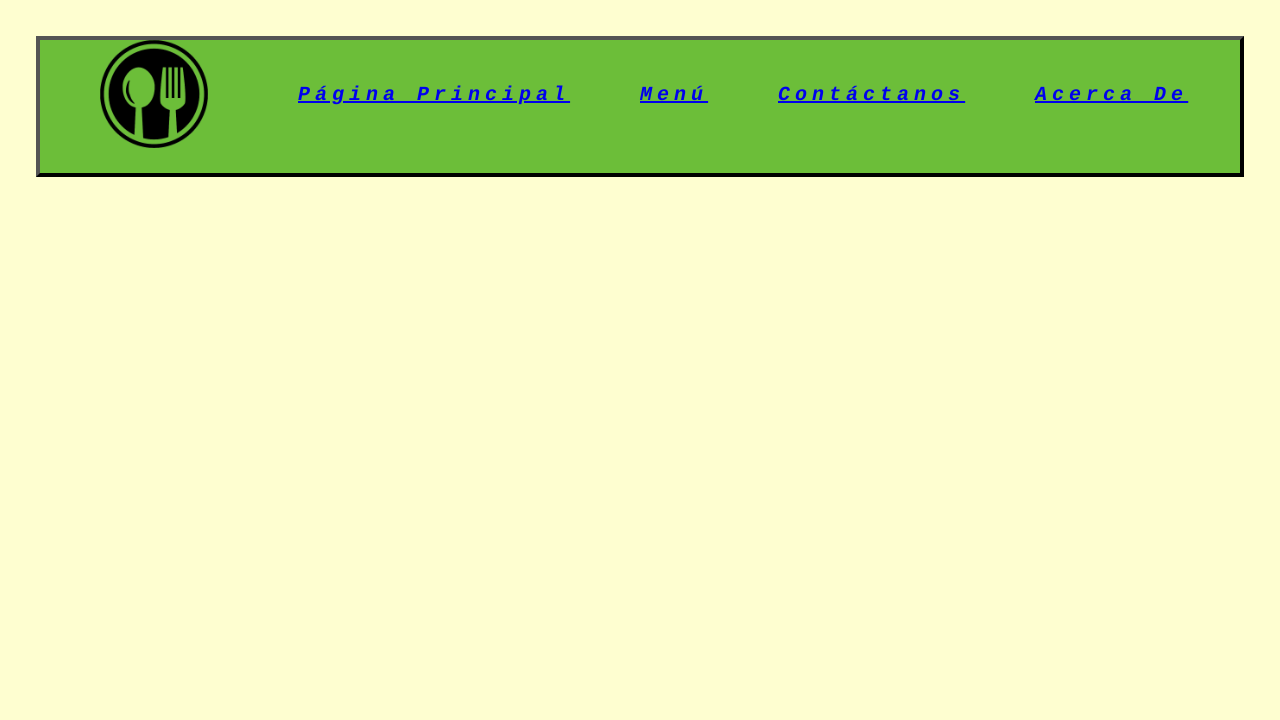
Repository: UVMCoyoacan/eq06_sitio1
Page: Carpeta docs/menu.html
The author's editor kept a copy of each file at every save. The page is drawn from the files as they stood at one save, then again after the next save.
The browser window is 1280 px wide. The pictures show the whole page.

Above is the page before, as saved 2024-03-07 10:39:53.

### Carpeta docs/menu.html
<!DOCTYPE html>
<html>
    <head>
        <link rel="stylesheet" href="../Carpeta estilos/estilo1.css"/>
        <meta charset="utf-8" />
    </head>
    <body>
        <header id="parte_inicial" role="banner">
            <div class="encabezado" style="display: flex;   flex-wrap: wrap;">
                    <div style="flex-wrap:wrap ;">
                    <img width="108" height="108" src="../Carpeta ims/tres.png" onclick="redirigirIndex()" style="text-align: left; cursor:pointer;";>
                    </div>
            <div style="display: flex;   flex-wrap: wrap;">
            <ul >
                <li><a href="../index.html">Página principal</a></li>
                <li><a href="#">Menú</a></li>
                <li><a href="contactos.html">Contáctanos</a></li>
                <li style="float:right"><a class="active" href="acercade.html">Acerca de</a></li>
            </ul>
        </div>
            </div>

        </header>
    </body>
    <script src="../Carpeta js/js1.js">
    </script>
</html>

### Carpeta estilos/estilo1.css
body{
  background-color:#fefec0be;
  font-size:20px;
  font-family:Courier;
  font-weight:bold;
  font-style:normal;
  line-height:30px;
  letter-spacing:5px;
  padding: 28px;
  text-transform:capitalize;
  text-align:left;
  text-indent:30px;

}
header{
  background-color:#6cbe39;
  font-size:20px;
  font-family:Courier;
  font-weight:bold;
  font-style:italic;
  line-height:60px;
  letter-spacing:5px;
  text-transform:capitalize;
  text-align:left;
  text-indent:60px;
  border-style: outset;
  border-color: #000000;
  border-width: .4ch;

}
li {
  display: inline;
  float: left;
  background-color:#6cbe39;
  font-size:20px;
  font-family:Courier;
  font-weight:bold;
  font-style:oblique;
  line-height:30px;
  letter-spacing:5px;
  text-decoration:underline;
  text-transform:capitalize;
  text-align:left;
  text-indent:30px;
  border-style:inherit;
  border-color: #303130;
  padding: 12px;
}


a {
  display: block;
  padding: 8px;
  background-color:#6cbe39;
}
.active {
  background-color:transparent;

}

#titulo{
  text-decoration: overline underline;
  font-size:30px;
  font-style:oblique;

}
ul {
  margin-left: auto;
}

### Carpeta js/js1.js
function redirigirIndex() {
    window.location.href = '#';
}

After the next save:
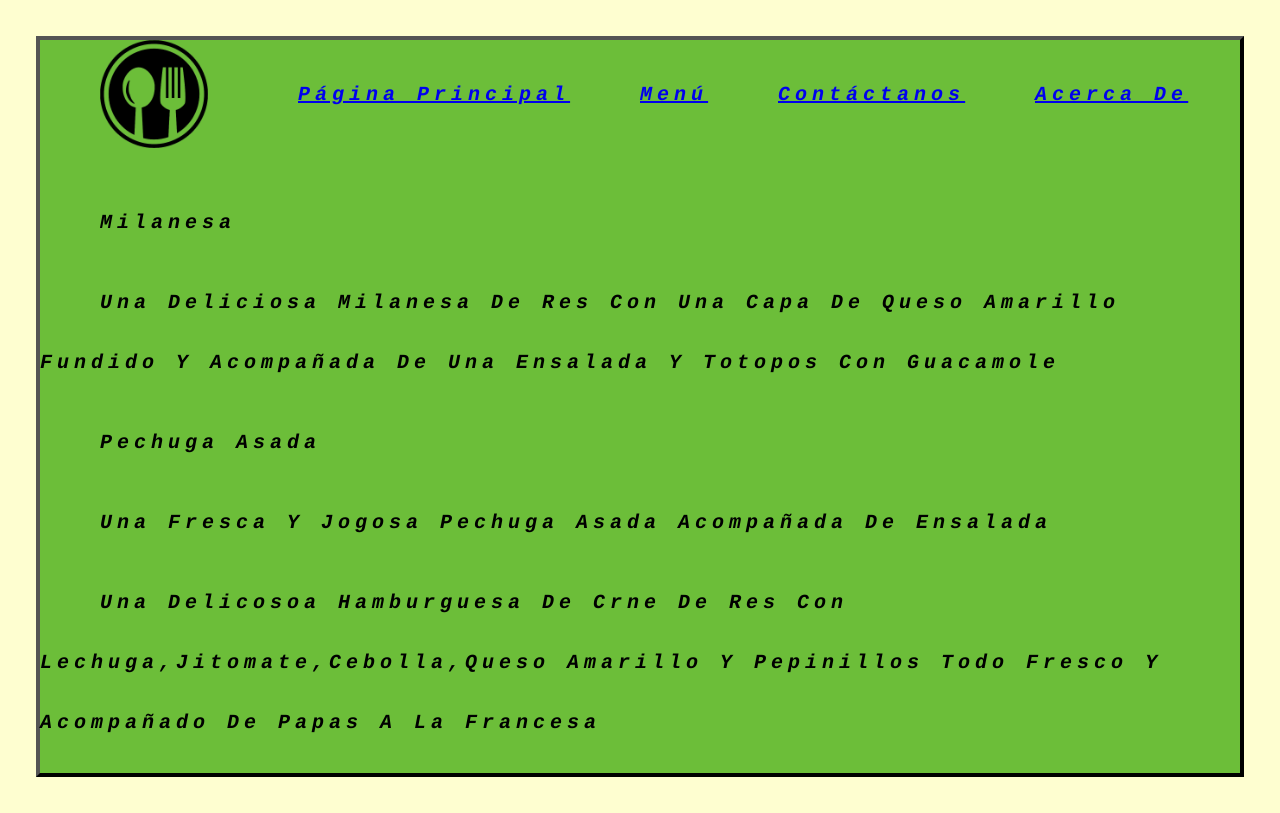
Saved 22 h 28 min later.
--- a/Carpeta docs/menu.html
+++ b/Carpeta docs/menu.html
@@ -19,7 +19,14 @@
             </ul>
         </div>
             </div>
+         <div>
+            <p>Milanesa</p>
+            <p>Una deliciosa milanesa de res con una capa de queso amarillo fundido y acompañada de una ensalada y totopos con guacamole</p>
+            <p>Pechuga asada</p>
+            <p>Una fresca y jogosa pechuga asada acompañada de ensalada</p>
+            <p>Una delicosoa hamburguesa de crne de res con lechuga,jitomate,cebolla,queso amarillo y pepinillos todo fresco y acompañado de papas a la francesa</p>
 
+         </div>
         </header>
     </body>
     <script src="../Carpeta js/js1.js">

After the save that followed:
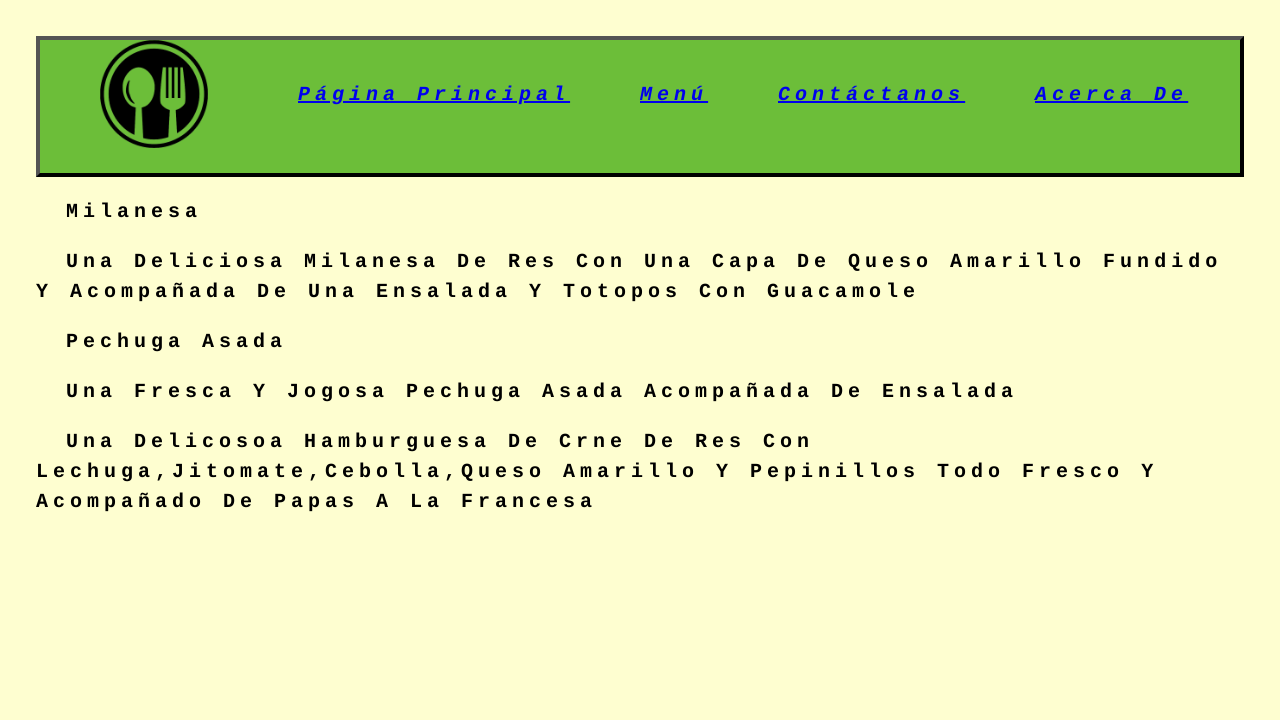
Saved 84 s later.
--- a/Carpeta docs/menu.html
+++ b/Carpeta docs/menu.html
@@ -19,7 +19,9 @@
             </ul>
         </div>
             </div>
-         <div>
+
+        </header>
+        <div>
             <p>Milanesa</p>
             <p>Una deliciosa milanesa de res con una capa de queso amarillo fundido y acompañada de una ensalada y totopos con guacamole</p>
             <p>Pechuga asada</p>
@@ -27,7 +29,6 @@
             <p>Una delicosoa hamburguesa de crne de res con lechuga,jitomate,cebolla,queso amarillo y pepinillos todo fresco y acompañado de papas a la francesa</p>
 
          </div>
-        </header>
     </body>
     <script src="../Carpeta js/js1.js">
     </script>
